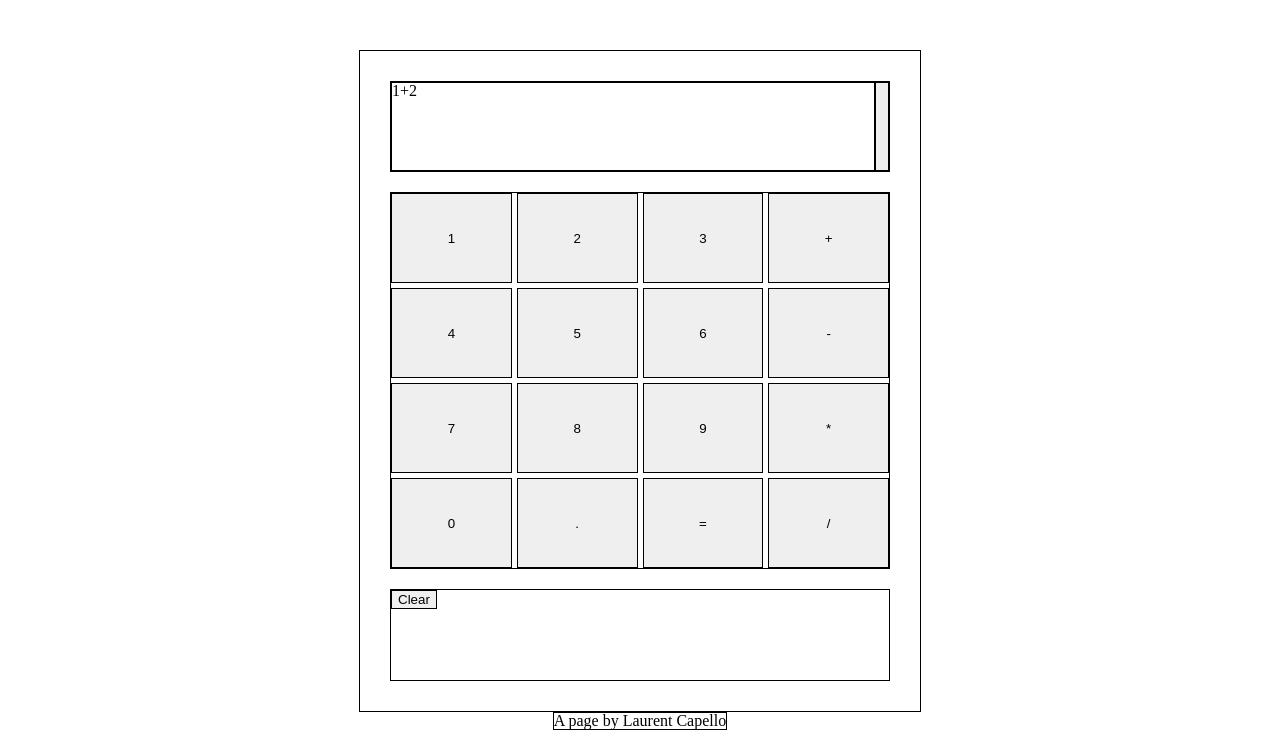
Repository: sokafootball/js-calculator
Page: index.html
An editor plug-in stored every save of this project. The page is shown before and after the next save, followed by the edit.
The browser window is 1280 px wide. The pictures show the whole page.

Above is the page before, as saved 2020-04-25 10:42:46.

After the next save:
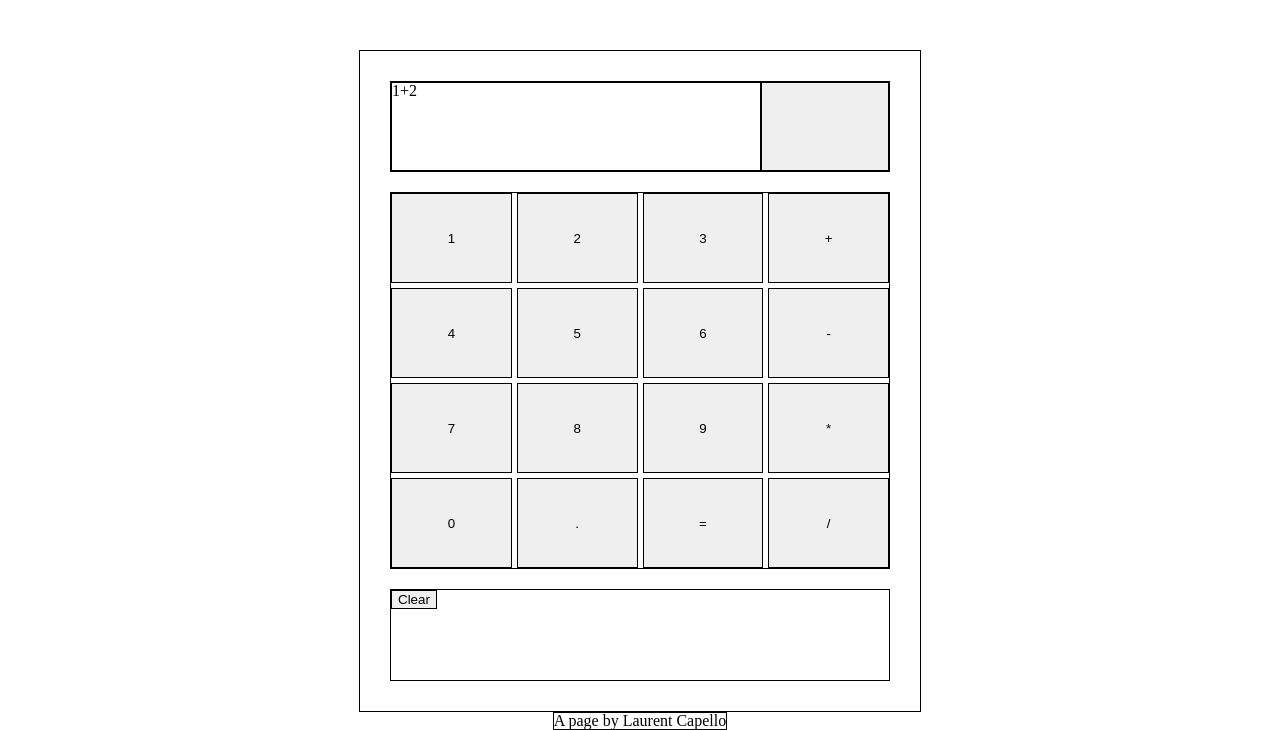
Saved 11 s later.
--- a/style.css
+++ b/style.css
@@ -2,6 +2,10 @@ body{
   align-items: center;
   display: flex;
   flex-direction: column;
+}
+
+#backspace{
+  flex-grow: 1;
 }
 
 #calculator{
